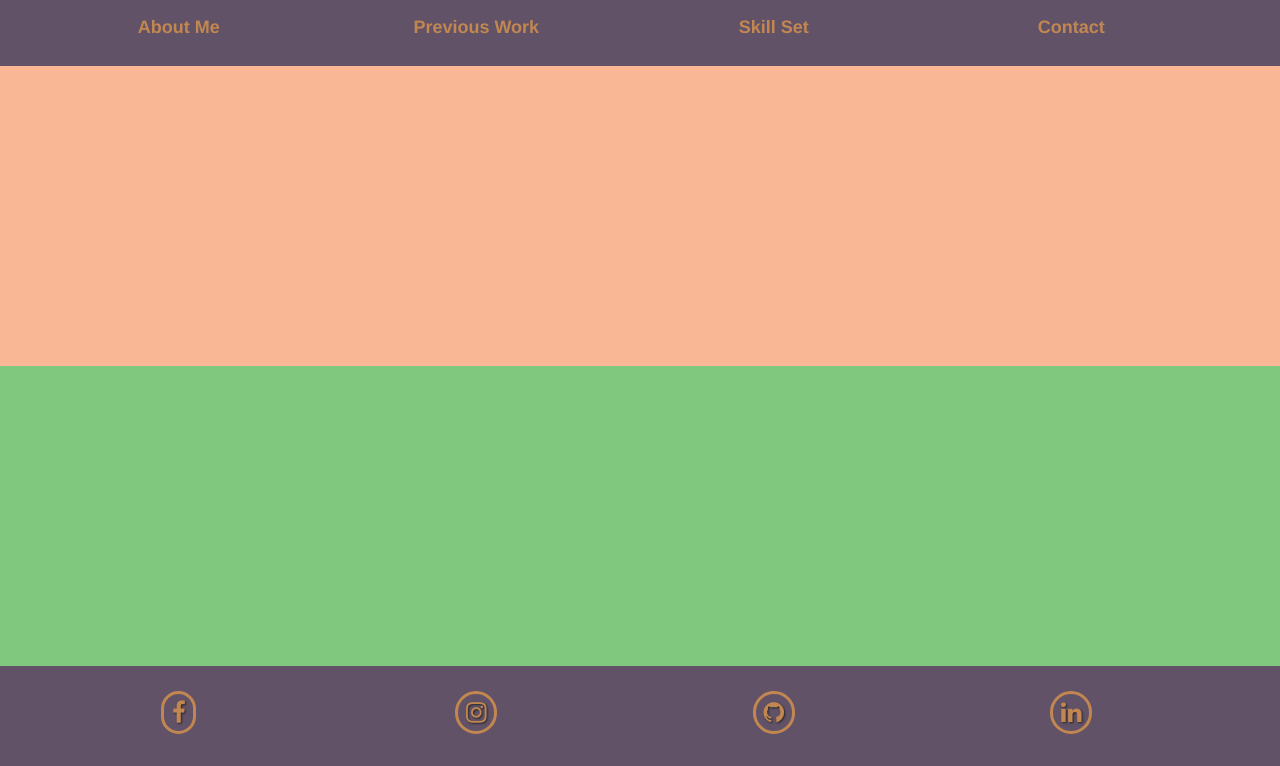
Repository: Rang3rDang3r/Portfolio
Page: main.html
The author's editor kept a record of every edit. The page is drawn from the files as they stood at one moment, then again after the next edit.
The browser window is 1280 px wide. The pictures show the whole page.

Above is the page before.

### main.html
<!DOCTYPE html>
<html lang="en">
<head>

    <meta charset="UTF-8">
    <meta name="viewport" content="width=device-width, initial-scale=1.0">
    <meta http-equiv="X-UA-Compatible" content="ie=edge">

    <!-- Stylesheets -->
    <link rel="stylesheet" href="main-style.css" type="text/css" />
    <link rel="stylesheet" href="https://maxcdn.bootstrapcdn.com/bootstrap/3.3.7/css/bootstrap.min.css">
    <link rel="stylesheet" href="https://maxcdn.bootstrapcdn.com/font-awesome/4.7.0/css/font-awesome.min.css" type="text/css" />
    <link href="https://fonts.googleapis.com/css?family=Arimo&display=swap" rel="stylesheet">
    <!-- /Stylesheets -->

    <title>Stuart Evans - Web Developer</title>

</head>
<body>

    <!-- Nav Bar -->
    <nav>
        <div class="container-fluid">
            <div class="row col-xs-12">
                <ul class="nav-bar col-xs-12">
                    <li class="nav-link col-xs-6 col-sm-3">
                        <a href="#">About Me</a>
                    </li>
                    <li class="nav-link col-xs-6 col-sm-3">
                        <a href="#">Previous Work</a>
                    </li>
                    <li class="nav-link col-xs-6 col-sm-3">
                        <a href="#">Skill Set</a>
                    </li>
                    <li class="nav-link col-xs-6 col-sm-3">
                        <a href="#">Contact</a>
                    </li>
                </ul>
            </div>
        </div>
    </nav>
    <!--/Nav Bar -->

    <!-- About Me -->
    <section>
        <div class="eton-blue"></div>
        <div class="dark-sea-green"></div>
        <div class="vivid-tangerine"></div>
        <div class="mantis"></div>
    </section>
    <!-- About Me -->

    <!-- Previous Work -->
    <section>

    </section>
    <!-- Previous Work -->

    <!-- Skill Set -->
    <section>

    </section>
    <!-- Skill Set -->

    <!-- Contact Form -->
    <section>

    </section>
    <!-- Contact Form -->

    <!-- Footer -->
    <footer>
        <div class="container-fluid">
            <div class="row col-xs-12">
                <ul class="footer-format col-xs-12">
                    <li class="footer-links col-xs-6 col-md-3">
                        <a href="https://www.facebook.com/ranger.danger.91" alt="Facebook" target="_blank"><i class="fa fa-facebook"></i></a>
                    </li>
                    <li class="footer-links col-xs-6 col-md-3">
                        <a href="https://www.instagram.com/rangerroo/" alt="Instagram" target="_blank"><i class="fa fa-instagram"></i></a>
                    </li>
                    <li class="footer-links col-xs-6 col-md-3">
                        <a href="https://github.com/Rang3rDang3r" alt="GitHub" target="_blank"><i class="fa fa-github"></i></a>
                    </li>
                    <li class="footer-links col-xs-6 col-md-3">
                        <a href="https://www.linkedin.com/in/stuart-evans-b672a6139/" alt="LinkedIn" target="_blank"><i class="fa fa-linkedin"></i></a>
                    </li>
                </ul>
            </div>
        </div>
    </footer>
    <!-- /Footer -->

</body>
</html>

### main-style.css
/*--- Font Family ---*/

@import url("https://fonts.googleapis.com/css?family=Arimo:100,200,300,400,500,600,700");

/*--- Background Images ---*/


/*--- Header Format ---*/

h1
h2
h3
h4
h5
h6 {
    font-family: "Arimo", sans-serif;
}

a {
    text-decoration: none !important;
}

/*--- Nav Bar ---*/

nav {
    background-color: #46344e;
    opacity: 0.85;
}

.nav-link {
    color: #46344e;
    text-align: center;
    margin-top: 15px;
    margin-bottom: 15px;
}

.nav-link a {
    color: rgb(184, 115, 51);
    font-family: "Arimo", sans-serif;
    font-weight: bold;
    font-size: large;
}

.nav-link a:hover {
    color: #ffffff;
    transition-duration: 1s;
    transition-timing-function: ease-in-out;
}

/*--- Footer ---*/

footer{
    clear: both;
    min-height: 100px;
    background-color: #46344e;
    opacity: 0.85;
    float: none;
}

.footer-links {
    text-align: center;
}

.footer-format {
    margin-bottom: 20px;
}

.footer-format li {
    color: #46344e;
    padding-top: 15px;
    padding-bottom: 15px;
    margin-top: 15px;
}

.footer-format li a {
    font-family: "Arimo", sans-serif;
    color: rgb(184, 115, 51);
    font-size: x-large;
    text-shadow: 1px 1px 2px #000000;
    padding: 5px 7.5px 5px 7.5px;
    border: 3px solid rgb(184, 115, 51);
    border-radius: 25px;
}

.footer-format li a:hover {
    color: #ffffff;
    border: 5px solid #ffffff;
    transition-duration: 1s;
    transition-timing-function: ease-in-out;
}

/*--- Media Queries ---*/

@media(min-width: 768px) {
    .footer-links {
        display: inline;
    }
}

.vivid-tangerine {
    background-color: #f9ab84;
    padding-top: 150px;
    padding-bottom: 150px;
    opacity: 0.85;
    text-align: center;
    font-size: 75px;
}

.vivid-tangerine-b {
    background-color: #f9ab84;
    opacity: 1;
    padding-top: 50px;
    padding-bottom: 50px;

}
.mantis {
    background-color: #6abf67;
    padding-top: 150px;
    padding-bottom: 150px;
    opacity: 0.85;
    text-align: center;
    font-size: 75px;
}

.mantis-b {
    background-color: #6abf67;
    opacity: 1;
    padding-top: 50px;
    padding-bottom: 50px;

}

After the next edit:
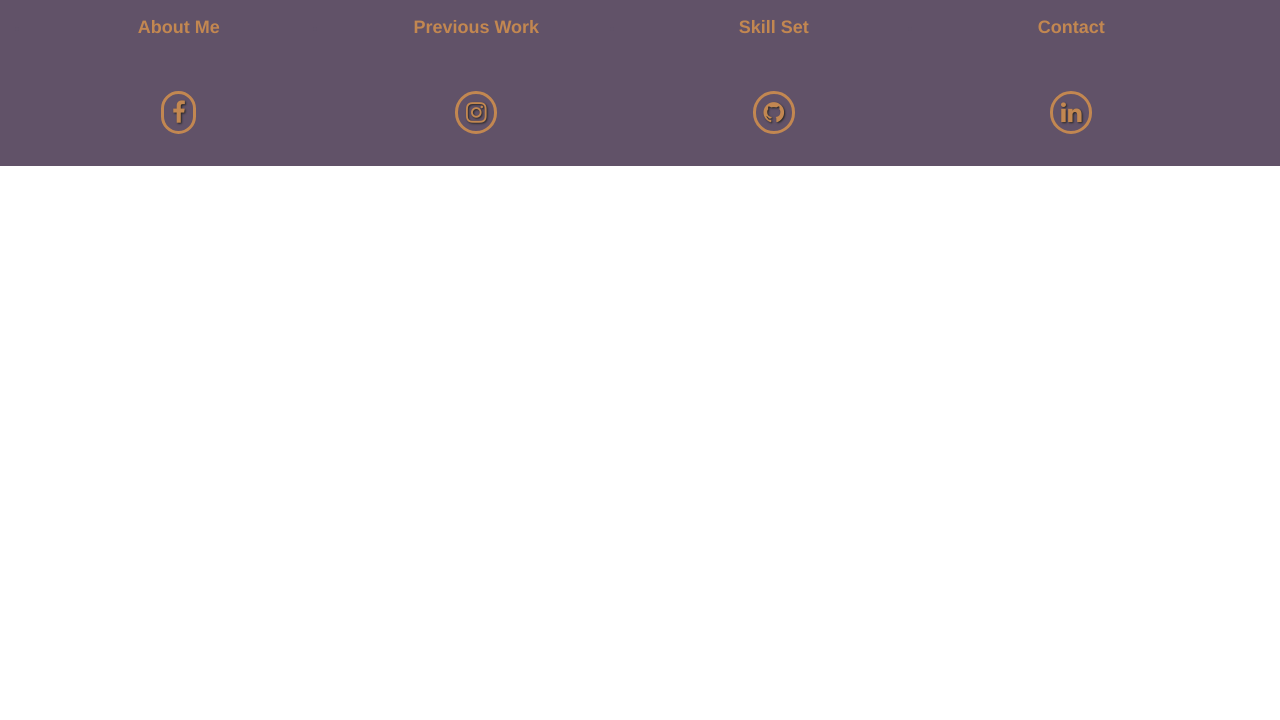
The edit:
--- a/main.html
+++ b/main.html
@@ -42,11 +42,10 @@
     <!--/Nav Bar -->
 
     <!-- About Me -->
-    <section>
+    <section class="color-test">
+        <div class="eton-blue-b"></div>
         <div class="eton-blue"></div>
-        <div class="dark-sea-green"></div>
-        <div class="vivid-tangerine"></div>
-        <div class="mantis"></div>
+        <div class="eton-blue-b"></div>
     </section>
     <!-- About Me -->
 
